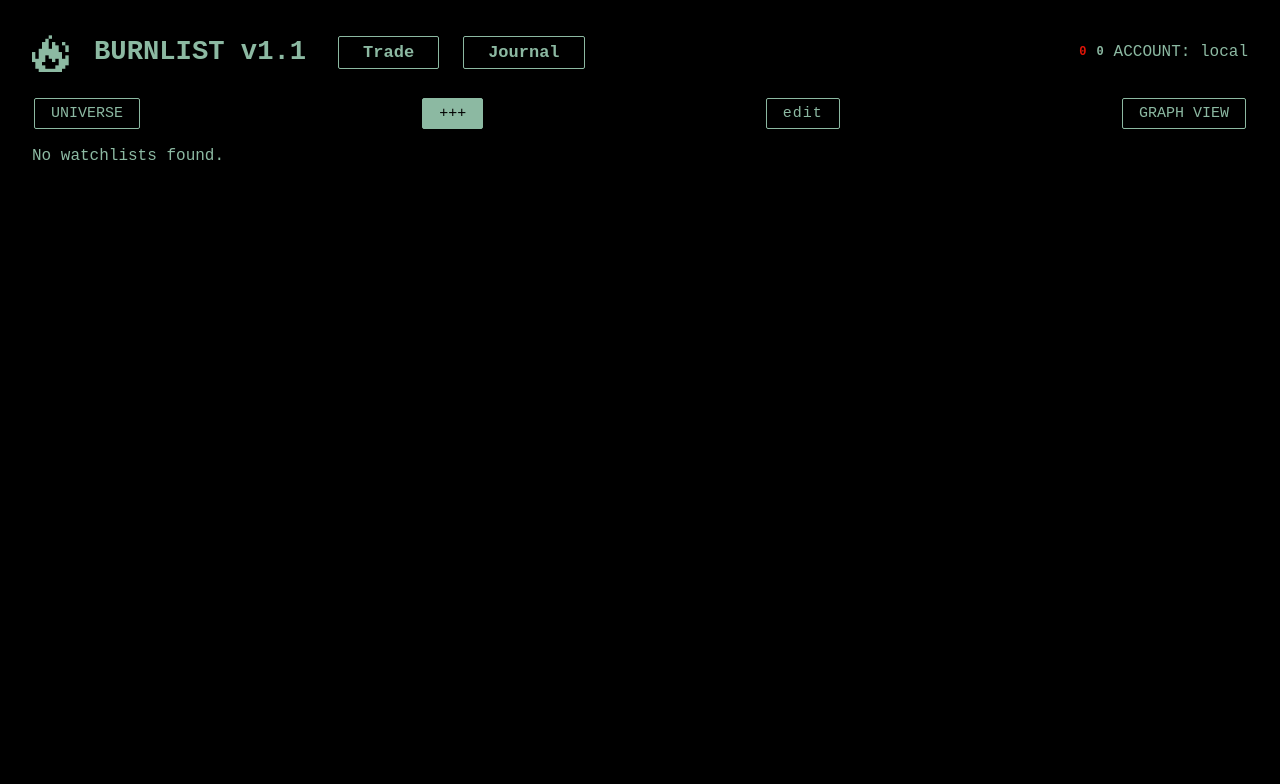
Repository: 11612x/burnlistv1.1
Page: /
The author's editor kept a copy of each file at every save. The page is drawn from the files as they stood at one save, then again after the next save.
The browser window is 1280 px wide. The pictures show the whole page.
The project was rebuilt for these pictures with package versions that can differ from the ones it lists, and the page was loaded fresh each time. Also part of the build but not shown: vite.config.js, src/components/CustomTooltip.jsx, src/logic/portfolioUtils.js, src/components/WatchlistChart.jsx, src/components/NotificationBanner.jsx, src/components/WatchlistHeader.jsx, src/components/TimeframeSelector.jsx, src/hooks/useAverageReturn.js and 16 more.

Above is the page before, as saved 2025-07-17 00:54:08.

After the next save:
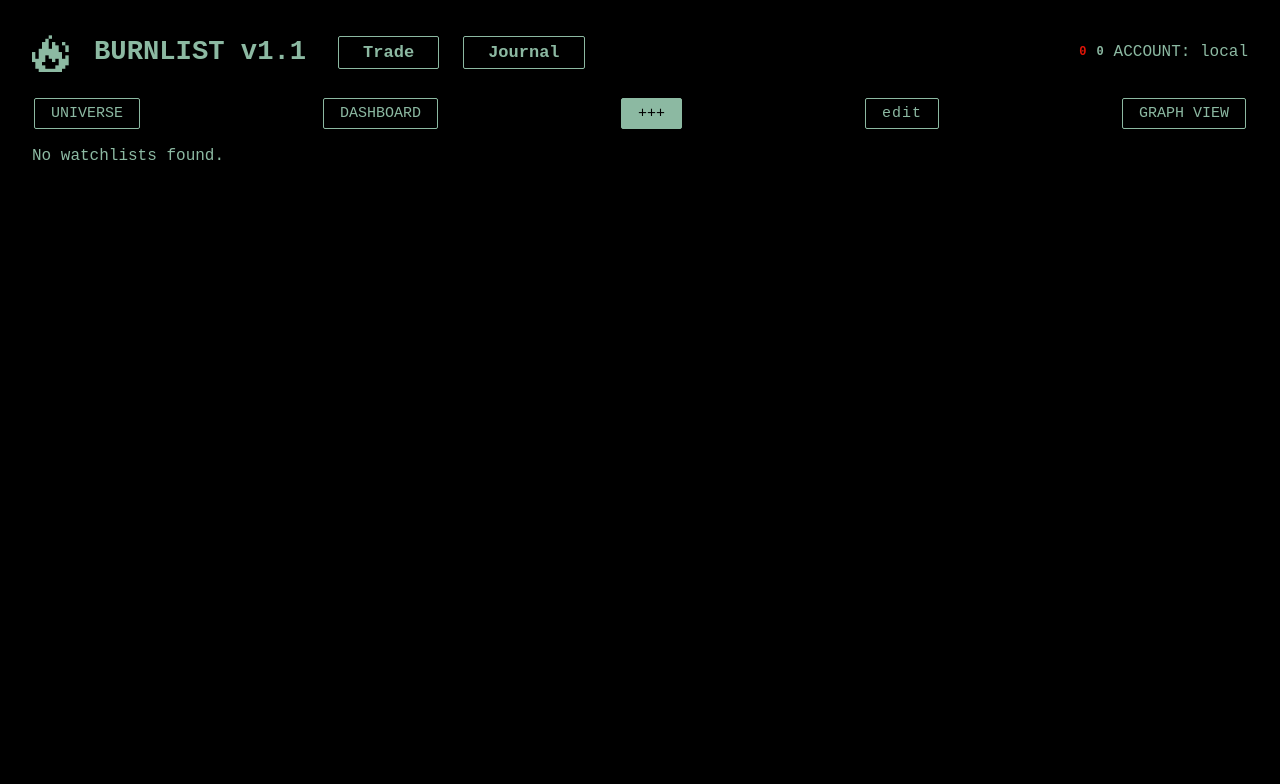
Saved 15 s later.
--- a/src/pages/HomePage.jsx
+++ b/src/pages/HomePage.jsx
@@ -305,6 +305,17 @@ const HomePage = ({ watchlists = {}, setWatchlists }) => {
             }}
           >
             UNIVERSE
+          </CustomButton>
+        </Link>
+        <Link to="/journal" style={{ textDecoration: 'none' }}>
+          <CustomButton
+            style={{
+              backgroundColor: black,
+              color: green,
+              border: `1px solid ${green}`
+            }}
+          >
+            DASHBOARD
           </CustomButton>
         </Link>
         <CustomButton
